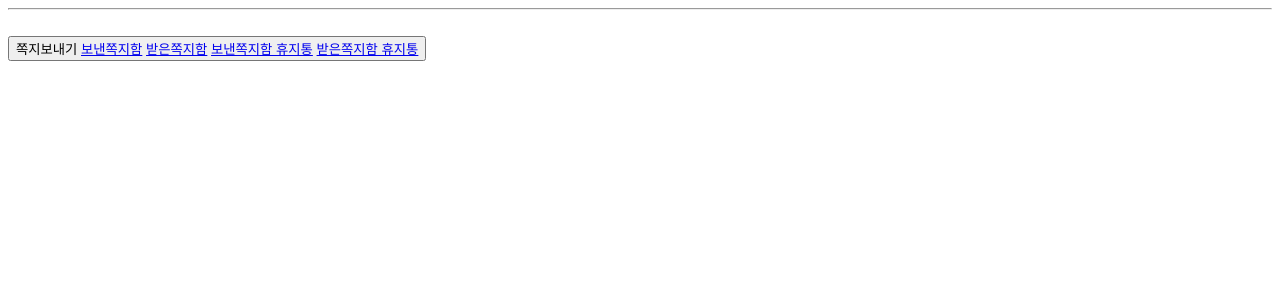
Repository: lss7612/kh_semi_workspace
Page: http://localhost/KH_semiProject/views/noteViews/buttons.jsp
An editor plug-in stored every save of this project. The page is shown before and after the next save, followed by the edit.
The browser window is 1280 px wide. The pictures show the whole page.
The page is served by Tomcat 9. Nobody is signed in. The application's start-up code is not run. Other server files are loaded and not shown.

Above is the page before, as saved 2020-11-04 08:29:36.

### KH_semiProject/WebContent/views/noteViews/buttons.jsp
<%@ page language="java" contentType="text/html; charset=UTF-8"
    pageEncoding="UTF-8"%>

<hr>
<div class="">
<br>
<button class="btn-primary ">쪽지보내기</span>
<span><a href="/note/sent">보낸쪽지함</a></span>
<span><a href="/note/received">받은쪽지함</a></span>
<span><a href="/note/sendnotebin">보낸쪽지함 휴지통</a></span>
<span><a href="/note/receivednotebin">받은쪽지함 휴지통</a></span>

<br>





</div>

After the next save:
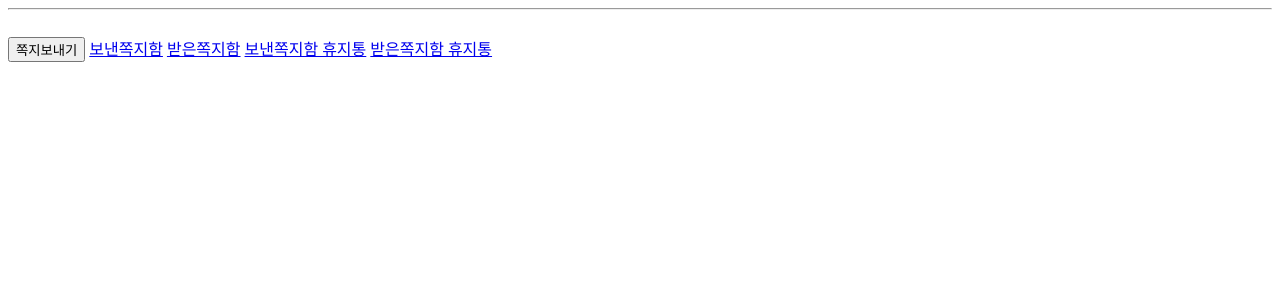
Saved 9 s later.
--- a/KH_semiProject/WebContent/views/noteViews/buttons.jsp
+++ b/KH_semiProject/WebContent/views/noteViews/buttons.jsp
@@ -4,7 +4,7 @@
 <hr>
 <div class="">
 <br>
-<button class="btn-primary ">쪽지보내기</span>
+<button class="btn-primary ">쪽지보내기</button>
 <span><a href="/note/sent">보낸쪽지함</a></span>
 <span><a href="/note/received">받은쪽지함</a></span>
 <span><a href="/note/sendnotebin">보낸쪽지함 휴지통</a></span>
